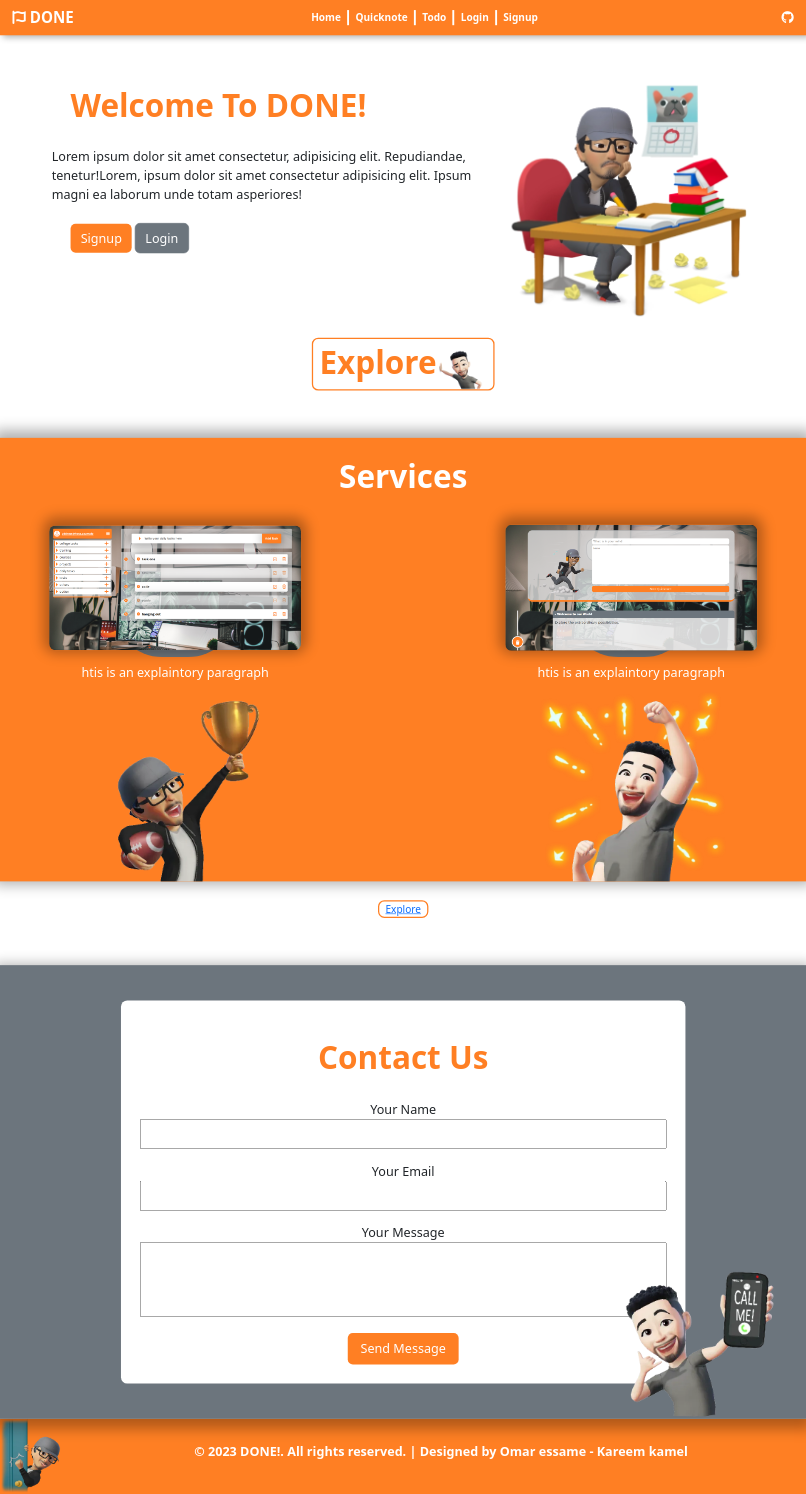
Repository: OmarEssameldinMousa/DONE
Page: index.html
The author's editor kept a copy of each file at every save. The page is drawn from the files as they stood at one save, then again after the next save.
The browser window is 1280 px wide. The pictures show the whole page, at 63% of full size.
Some web fonts or font styles are not loaded; a fallback is used.

Above is the page before, as saved 2023-12-18 12:52:28.

After the next save:
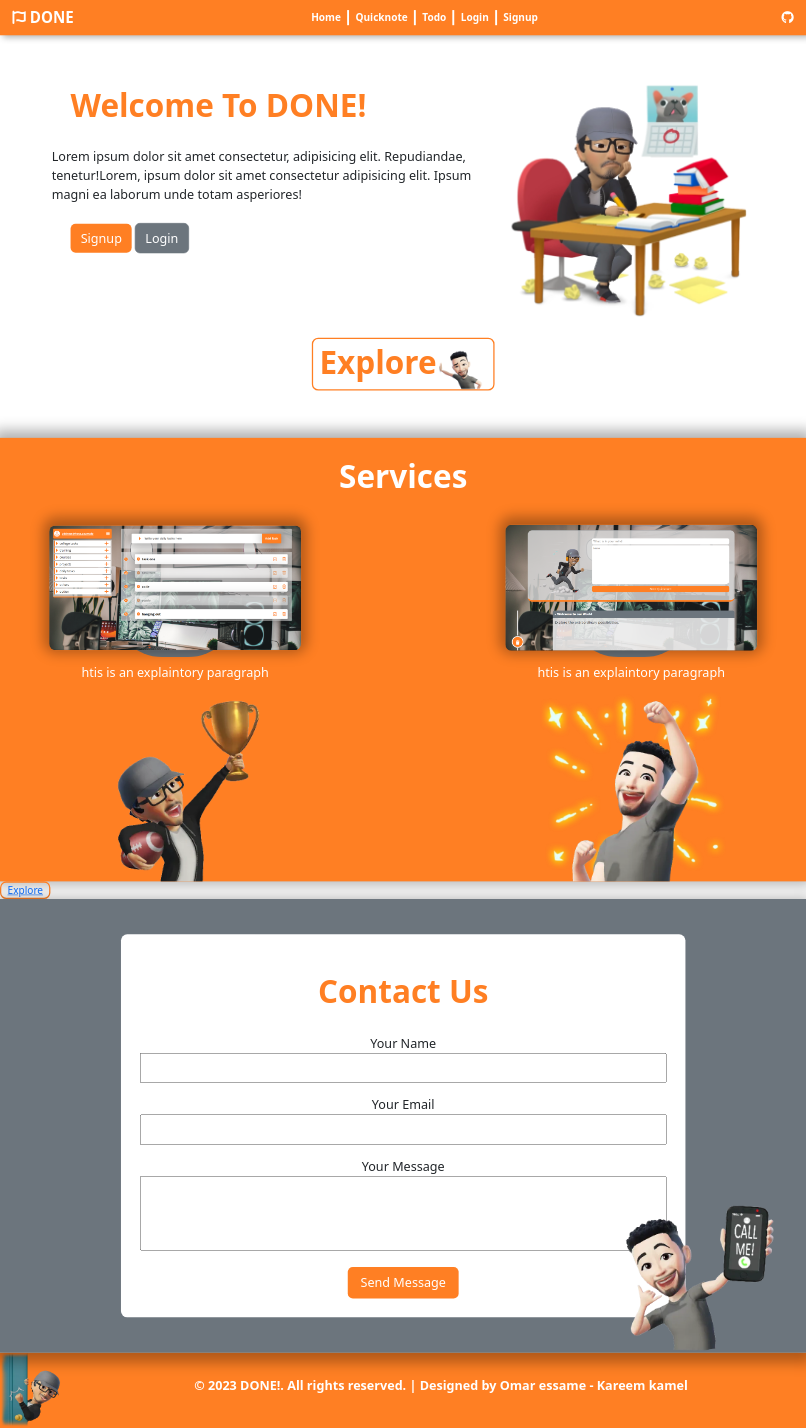
Saved 116 s later.
--- a/CSS/styles.css
+++ b/CSS/styles.css
@@ -425,15 +425,10 @@ footer img{
 
 
 .explore2{
-    height: auto;
-    text-align: center;
-    display: flex;
+    text-align: center;
     padding: 0px 10px;
     transition: 0.3s;
     width: min-content;
-    margin: 30px auto 75px;
     border: #ff7f23 solid 2px;
     border-radius: 10px;
-    justify-content: center;
-    align-items: cneter;
-}
+}
